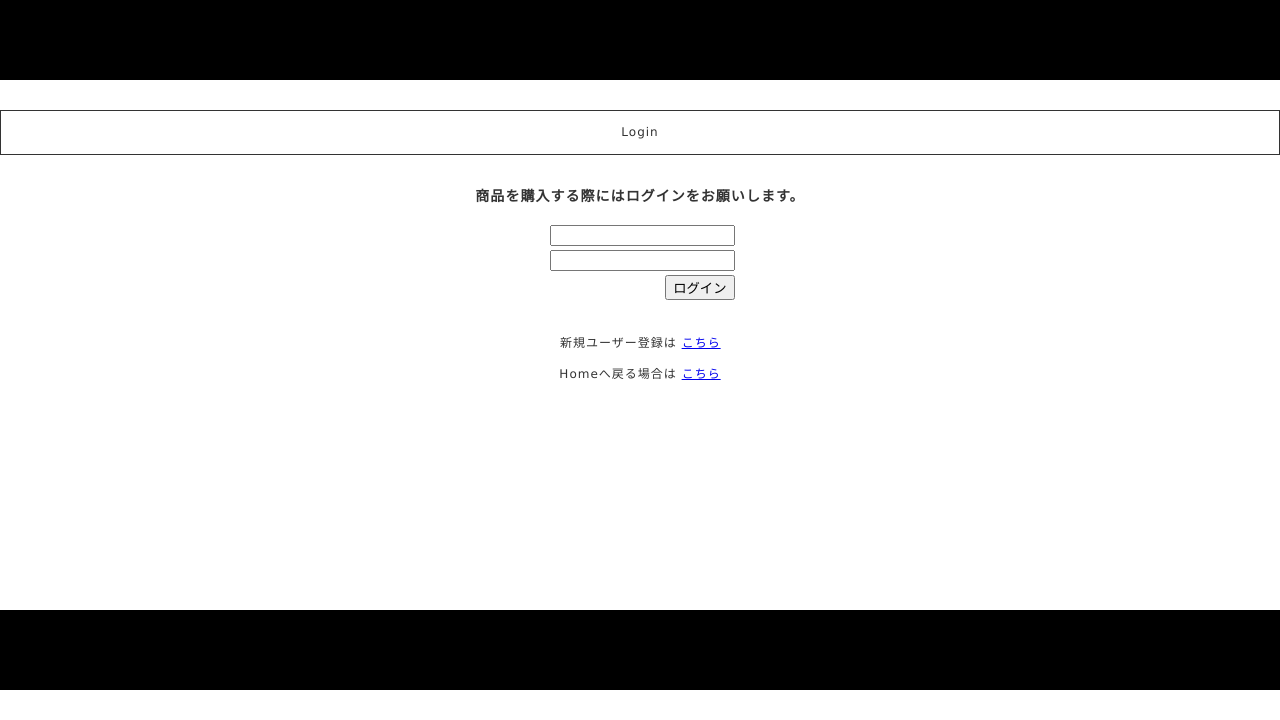
Repository: hirose0320/test
Page: http://localhost/ecsite/login.jsp
These files come from the project's save history. The page is drawn as it stood at one moment and after the next save; the edit follows.
The browser window is 1280 px wide. The pictures show the whole page.
The page is served by Tomcat 9. Other server files are loaded and not shown.

Above is the page before, as saved 2019-02-27 08:28:47.

### ecsite/WebContent/login.jsp
<%@ page language="java" contentType="text/html; charset=UTF-8"
	pageEncoding="UTF-8"%>
<%@ taglib prefix="s" uri="/struts-tags"%>
<!DOCTYPE html>
<html>
<head>
<meta http-equiv="Content-Type" content="text/html; charset=UTF-8" />
<meta http-equiv="Content-Style-Type" content="text/css" />
<meta http-equiv="Content-Script-Type" content="text/javascript" />
<meta http-equiv="imagetoolbar" content="no" />
<meta name="description" content="" />
<meta name="keywords" content="" />
<title>Login画面</title>

<style type="text/css">
body {
	margin: 0;
	padding: 0;
	line-height: 1.6;
	letter-spacing: 1px;
	font-family: Verdana, Helvetica, sans-serif;
	font-size: 12px;
	color: #333;
	background: #fff;
}

table {
	text-align: center;
	margin: 0 auto;
}

#top {
	width: 780ox;
	margin: 30px auto;
	border: 1px solid #333;
}

#header {
	width: 100%;
	height: 80px;
	background-color: black;
}

#main {
	width: 100%;
	height: 500px;
	text-align: center;
}

#footer {
	width: 100%;
	height: 80px;
	background-color: black;
	clear: both;
}

#text-link {
	display: inline-block;
	text-align: right;
}
</style>
</head>
<body>
	<div id="header">
		<div id="pr"></div>
	</div>
	<div id="main">
		<div id="top">
			<p>Login</p>
		</div>
		<div>
			<h3>商品を購入する際にはログインをお願いします。</h3>
			<s:form action="LoginAction">
				<s:textfield name="loginUserId" />
				<s:password name="loginPassword" />
				<s:submit value="ログイン" />
			</s:form>
			<br />
			<div id="text-link">
				<p>
					新規ユーザー登録は <a href='<s:url action="UserCreateAction"/>'>こちら</a>
				</p>
				<p>
					Homeへ戻る場合は <a href='<s:url action="GoHomeAction"/>'>こちら</a>
				</p>
			</div>
		</div>
	</div>
	<div id="footer">
		<div id="pr"></div>
	</div>
</body>
</html>

After the next save:
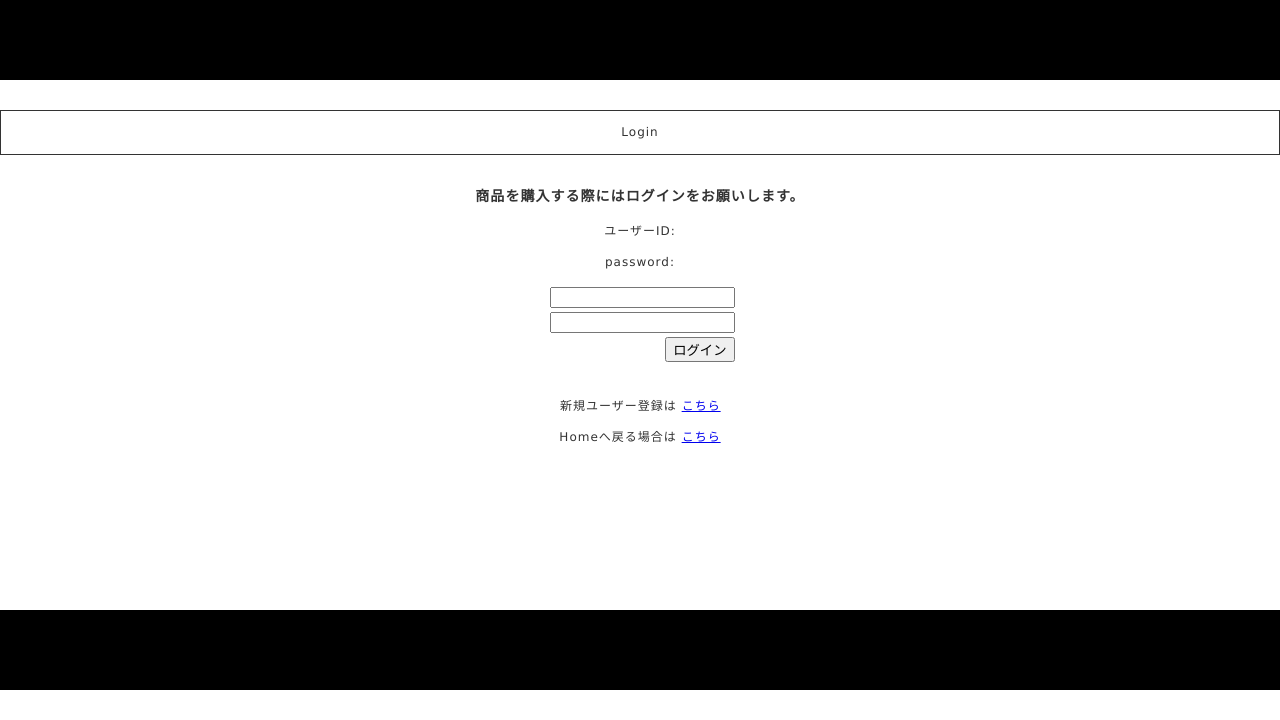
Saved 3 min 15 s later.
--- a/ecsite/WebContent/login.jsp
+++ b/ecsite/WebContent/login.jsp
@@ -71,8 +71,8 @@
 		<div>
 			<h3>商品を購入する際にはログインをお願いします。</h3>
 			<s:form action="LoginAction">
-				<s:textfield name="loginUserId" />
-				<s:password name="loginPassword" />
+				<p>ユーザーID:</p><s:textfield name="loginUserId" />
+				<p>password:</p><s:password name="loginPassword" />
 				<s:submit value="ログイン" />
 			</s:form>
 			<br />

After the 4 saves that followed:
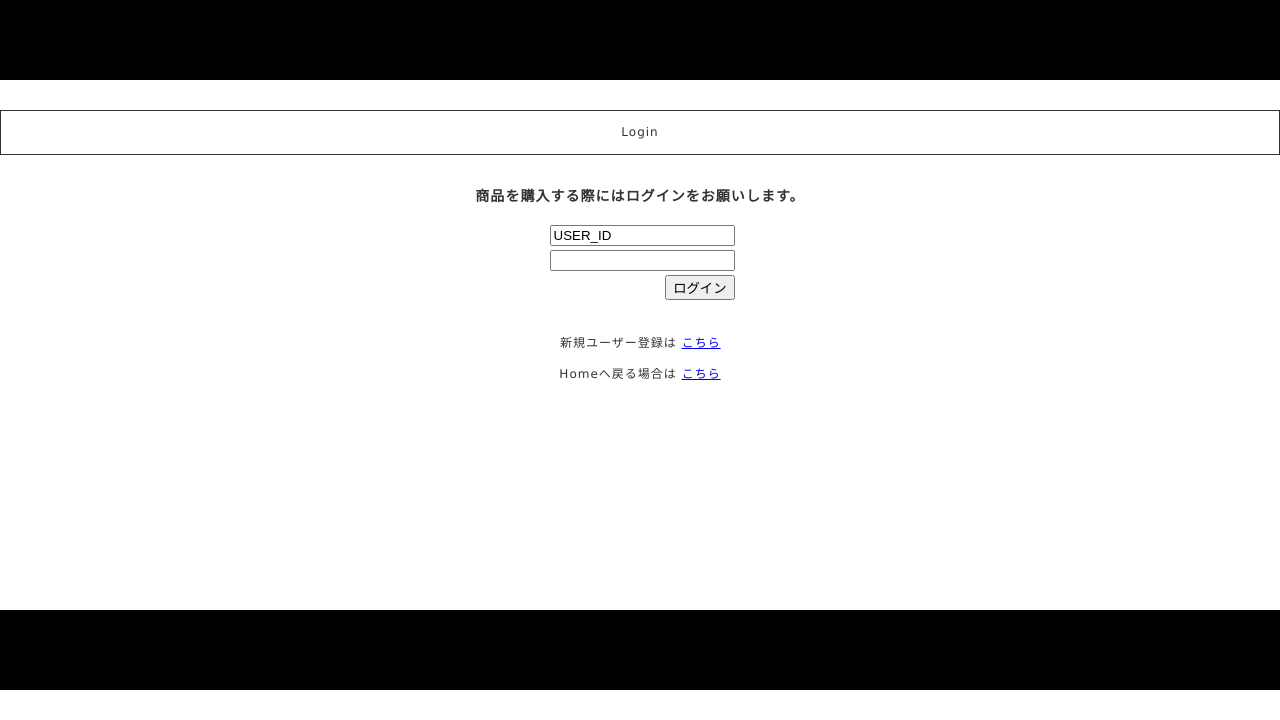
The 4 saves are shown as one change because 2 did not build or start and 1 left the picture as it was.
The last was saved 2 min 8 s later.
--- a/ecsite/WebContent/login.jsp
+++ b/ecsite/WebContent/login.jsp
@@ -71,8 +71,8 @@
 		<div>
 			<h3>商品を購入する際にはログインをお願いします。</h3>
 			<s:form action="LoginAction">
-				<p>ユーザーID:</p><s:textfield name="loginUserId" />
-				<p>password:</p><s:password name="loginPassword" />
+				<s:textfield name="loginUserId" value="USER_ID" />
+				<s:password name="loginPassword" value="PASSWORD" />
 				<s:submit value="ログイン" />
 			</s:form>
 			<br />
